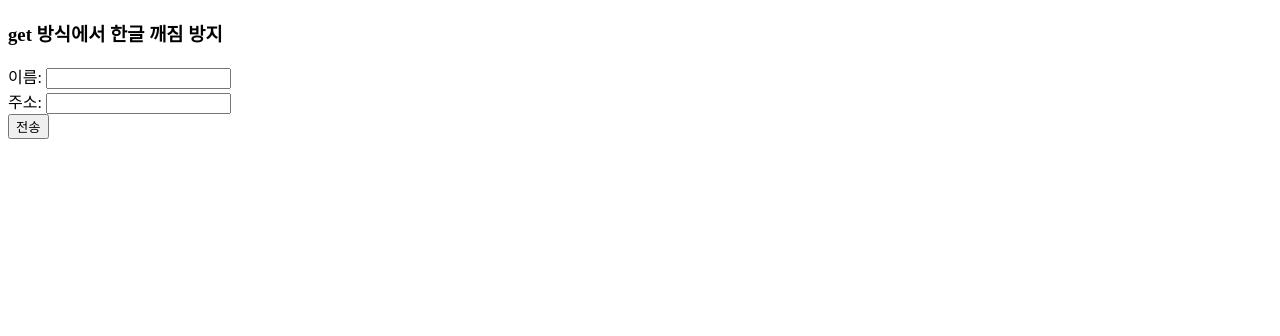
Repository: Yoon-jae-min/JSP-Servlet_Study
Page: http://localhost/web-study-02/06_Info.jsp
These files come from the project's save history. The page is drawn as it stood at one moment and after the next save; the edit follows.
The browser window is 1280 px wide. The pictures show the whole page.
The page is served by Tomcat 10.

Above is the page before, as saved 2024-06-06 07:45:59.

After the next save:
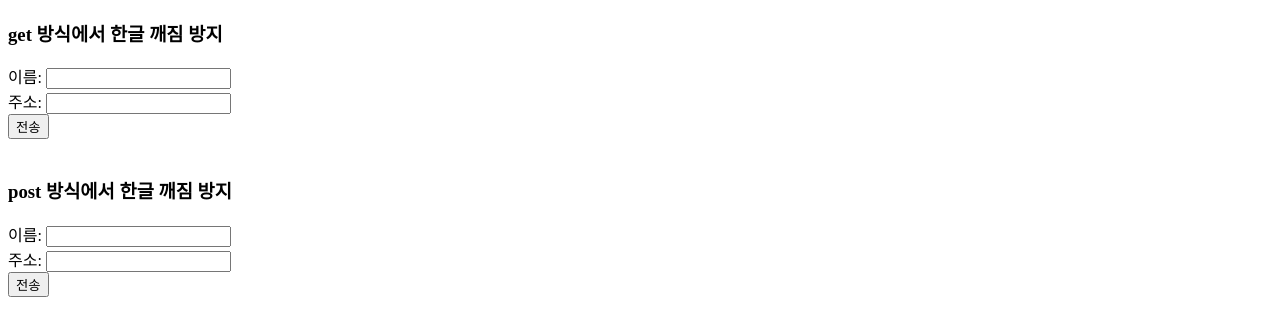
Saved 94 s later.
--- a/JSP&Servlet-Study/web-study-02/src/main/webapp/06_Info.jsp
+++ b/JSP&Servlet-Study/web-study-02/src/main/webapp/06_Info.jsp
@@ -13,5 +13,13 @@
 		<label>주소: </label><input type="text" name="addr"><br>
 		<input type="submit" value="전송"/>
 	</form>
+
+	<br>
+	<h3>post 방식에서 한글 깨짐 방지</h3>
+	<form method="post" action="InfoServlet">
+		<label>이름: </label><input type="text" name="name"><br>
+		<label>주소: </label><input type="text" name="addr"><br>
+		<input type="submit" value="전송"/>
+	</form>
 </body>
 </html>
